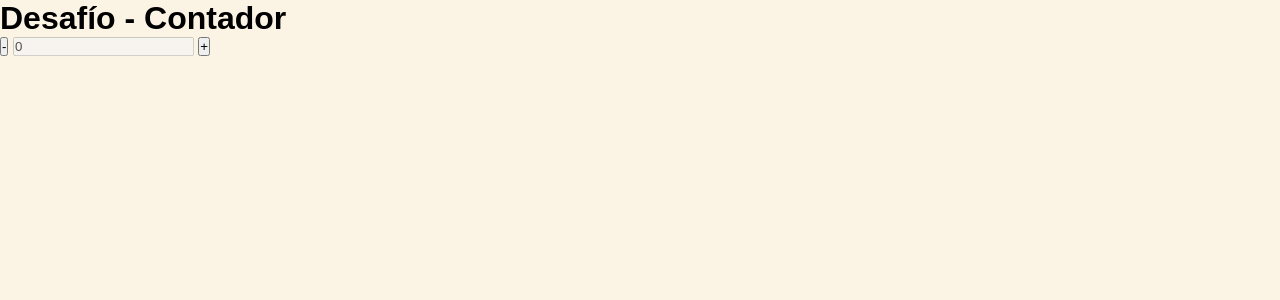
Repository: r-urchi/vue-coderhouse
Page: index.html
The author's editor kept a copy of each file at every save. The page is drawn from the files as they stood at one save, then again after a run of saves.
The browser window is 1280 px wide. The pictures show the whole page.
The style sheet was rebuilt from its Sass, Less or Tailwind sources for each picture, by a compiler version that may differ from the author's.

Above is the page before, as saved 2021-11-13 10:57:04.

### index.html
<!DOCTYPE html>
<html lang="en">
<head>
    <meta charset="UTF-8">
    <meta http-equiv="X-UA-Compatible" content="IE=edge">
    <meta name="viewport" content="width=device-width, initial-scale=1.0">
    <link rel="stylesheet" href="css/main.css">
    <script src="https://cdn.jsdelivr.net/npm/vue@2.6.14/dist/vue.js"></script>
    <script defer src="js/app.js"></script>
    <title>Clase 2</title>
</head>
<body>

    <div id="app">

        <h1>Desafío - Contador</h1>
        <div class="counter__container">
            <button v-on:click=subtract() class="counter__btn">-</button>
            <input type="number" v-bind:value="counterValue" class="counter__value" disabled/>
            <button v-on:click=add() class="counter__btn">+</button>
        </div>

    </div>

</body>
</html>

### js/app.js
var app = new Vue({
    el: '#app',
    data: {
      counter: 0,
    },
    methods: {
        add(){
            this.counter++;
        },
        subtract(){
            this.counter === 0 ? this.counter = 0 : this.counter--;
        },
    },
    computed: {
        counterValue(){
            return this.counter
        },
    },
});

### css/main.sass
@import _basic

@import _counter

### css/_basic.sass
*
    margin: 0
    padding: 0
    box-sizing: border-box

body
    background: #FBF3E4
    font-family: sans-serif

#app
    width: 100%
    height: 100%

### css/_counter.sass
h1
    text

After the next 3 saves:
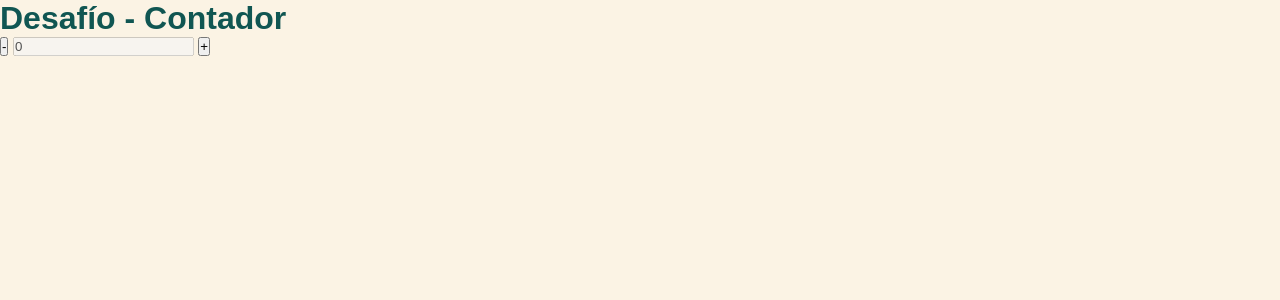
The 3 saves are shown as one change because they came seconds apart.
The last was saved 25 s later.
--- a/css/_basic.sass
+++ b/css/_basic.sass
@@ -6,6 +6,7 @@
 body
     background: #FBF3E4
     font-family: sans-serif
+    color: #105652
 
 #app
     width: 100%
